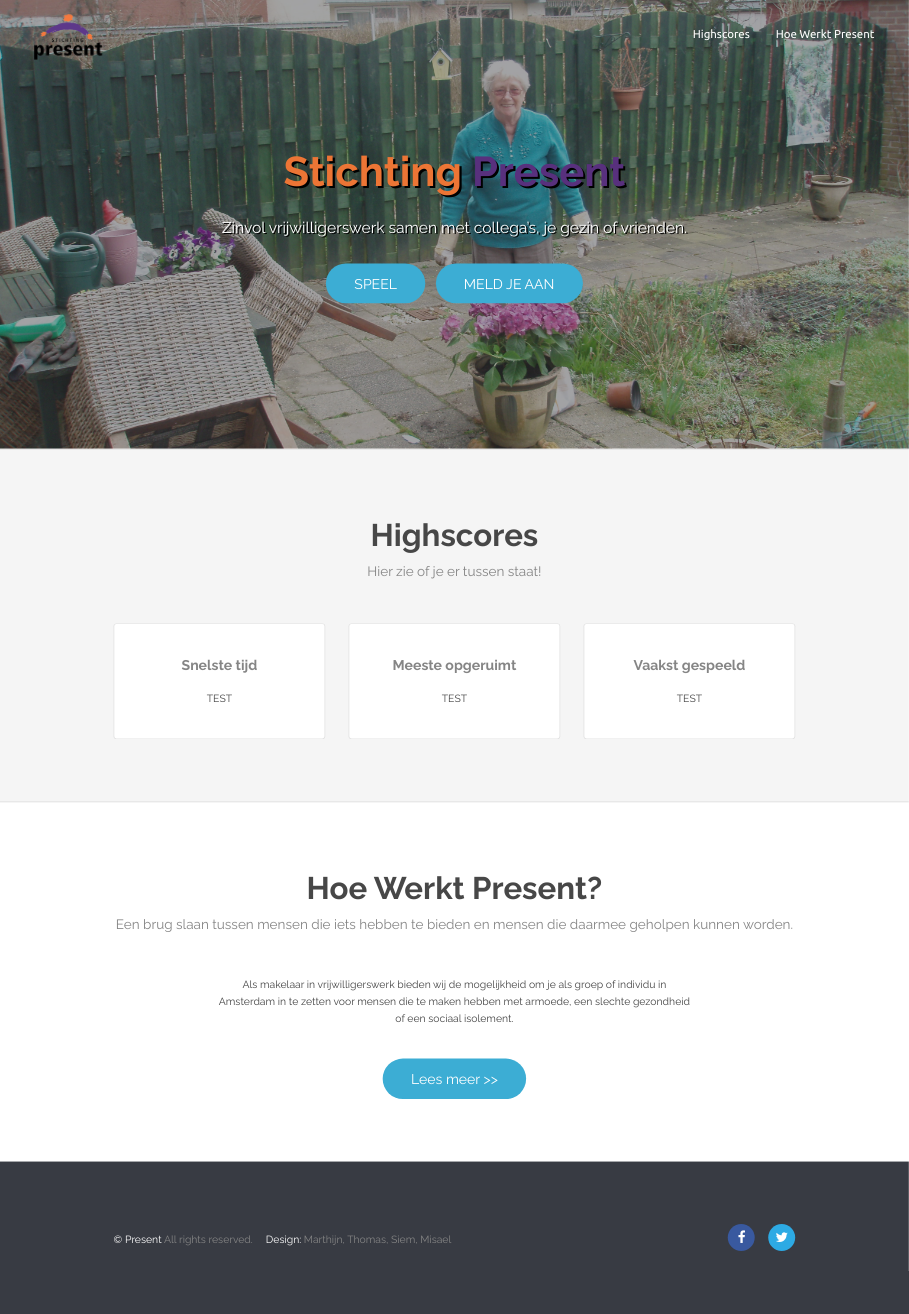
Repository: siemdicou/stichtingpresent
Page: website/index.html
The author's editor kept a record of every edit. The page is drawn from the files as they stood at one moment, then again after the next edit.
The browser window is 1280 px wide. The pictures show the whole page, at 71% of full size.
Backgrounds fixed to the window are drawn as part of the page.

Above is the page before.

After the next edit:
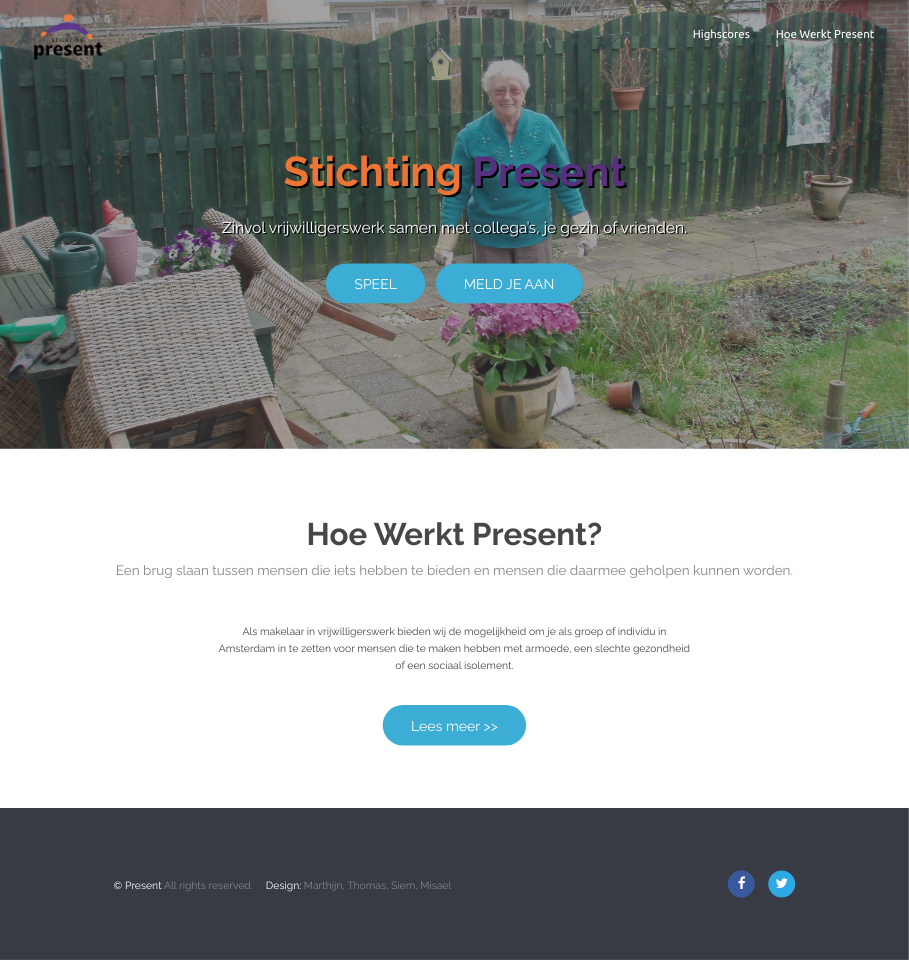
The edit:
--- a/website/index.html
+++ b/website/index.html
@@ -77,36 +77,6 @@
 					</li>
 				</ul>
 			</section>
-		<!-- One -->
-			<section id="one" class="wrapper style1 special">
-				<div class="container">
-					<header class="major">
-						<h2>Highscores</h2>
-						<p>Hier zie of je er tussen staat!</p>
-					</header>
-					<div class="row 150%">
-						<div class="4u 12u$(medium)">
-							<section class="box">
-								<h3>Snelste tijd</h3>
-								<p>TEST</p>
-							</section>
-						</div>
-						<div class="4u 12u$(medium)">
-							<section class="box">
-								<h3>Meeste opgeruimt</h3>
-								<p>TEST</p>
-							</section>
-						</div>
-						<div class="4u$ 12u$(medium)">
-							<section class="box">
-								<h3>Vaakst gespeeld</h3>
-								<p>TEST</p>
-							</section>
-						</div>
-					</div>
-				</div>
-			</section>
-
 		<!-- Two -->
 			<section id="two" class="wrapper style2 special">
 				<div class="container">
